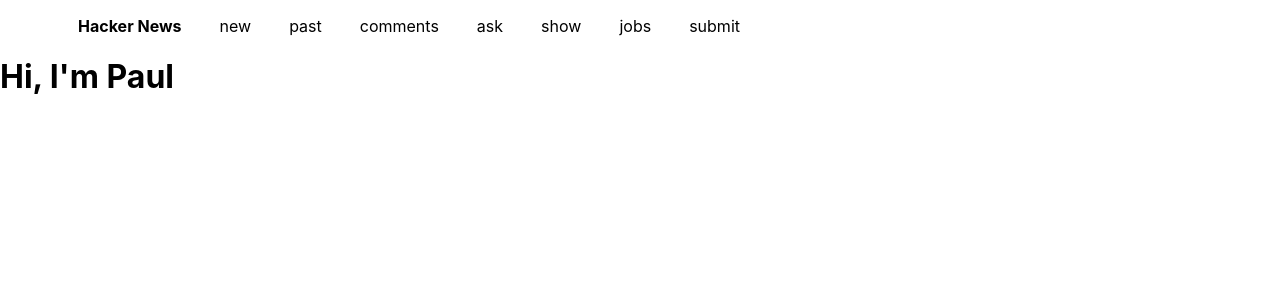
Repository: drking445/Hacker-News
Page: / (app in news/)
An editor plug-in stored every save of this project. The page is shown before and after the next save, followed by the edit.
The browser window is 1280 px wide. The pictures show the whole page.
The page's requests for data from a server got no answer. The project was rebuilt for these pictures with package versions that can differ from the ones it lists, and the page was loaded fresh each time. No one was signed in, and anything a server would have sent is missing. Also part of the build but not shown: news/src/App.css, news/src/App.js.

Above is the page before, as saved 2019-05-23 14:10:54.

After the next save:
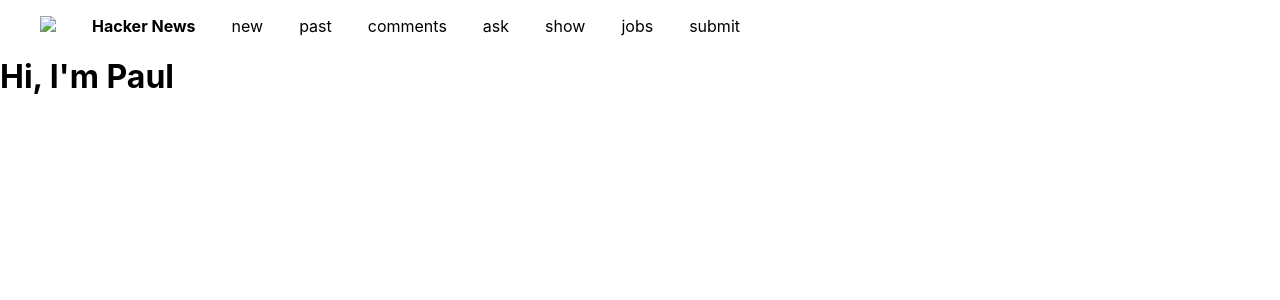
Not found: news/public/img/y18.gif
Saved 13 s later.
--- a/news/src/Stories/index.jsx
+++ b/news/src/Stories/index.jsx
@@ -49,7 +49,7 @@
     return (
       <div style={{ width: "100%" }}>
         <ul style={navStyle}>
-          <img src="" />
+          <img src="news/public/img/y18.gif" />
           <li>
             <b>Hacker News</b>
           </li>

After the 2 saves that followed:
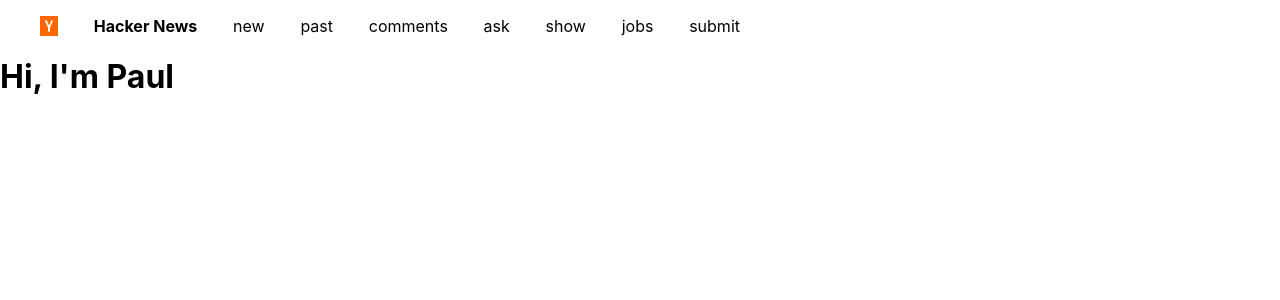
The 2 saves are shown as one change because 1 left the picture as it was.
The last was saved 12 s later.
--- a/news/src/Stories/index.jsx
+++ b/news/src/Stories/index.jsx
@@ -49,7 +49,7 @@
     return (
       <div style={{ width: "100%" }}>
         <ul style={navStyle}>
-          <img src="news/public/img/y18.gif" />
+          <img src="/img/y18.gif" />
           <li>
             <b>Hacker News</b>
           </li>
